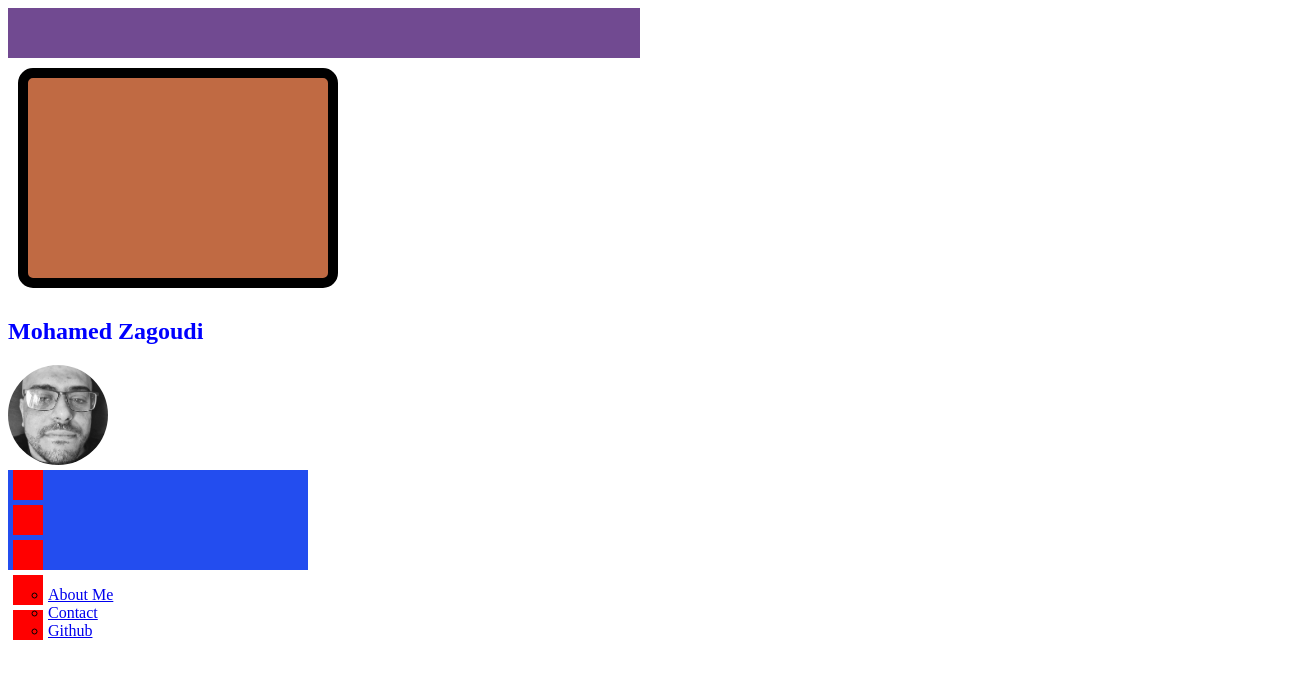
Repository: Mohzagou/Eersteportofolio
Page: index.html
An editor plug-in stored every save of this project. The page is shown before and after the next save, followed by the edit.
The browser window is 1280 px wide. The page is 1280 px wide, then 1292 px, so the pictures cover 1292 px, including what lies to the right of the window. The pictures show the whole page.

Above is the page before, as saved 2022-06-07 19:49:06.

### index.html
<!DOCTYPE html>


<head>
    <link rel="stylesheet" href="styles.css" />
    <meta charset="UTF-8">

    <title>Document</title>
</head>

<body>

    <header></header>
    <div class="about-me"></div>
    <h2 id="name">Mohamed Zagoudi</h2>

    <img class="avatar" src="images/67gwzvy.jpeg" alt="Mohamed Zagoudi headshot " />
    <div>
        <section>
            <div class="test"></div>
            <div class="test"></div>
            <div class="test"></div>
            <div class="test"></div>
            <div class="test"></div>
        </section>
        <footer>
            <ul style="list-style-type: circle ">
                <li><a href=" ">About Me</a></li>
                <li><a href=" ">Contact</a></li>
                <li><a href="https://github.com/Mohzagou ">Github</a></li>

            </ul>

        </footer>



</body>



</html>

### styles.css
body {
    display: flex;
    flex-direction: column;
}

header {
    width: 50%;
    height: 50px;
    background-color: rgb(113, 74, 145);
}

section {
    width: 300px;
    height: 100px;
    background-color: #234def;
}

.about-me {
    width: 300px;
    height: 200px;
    background-color: rgb(177, 69, 21, 0.8);
    margin: 10px;
    border: solid black 10px;
    border-radius: 15px;
}

.avatar {
    width: 100px;
    border-radius: 50px;
}

#name {
    color: blue;
}

.test {
    width: 30px;
    height: 30px;
    background-color: red;
    margin: 5px;
}

After the next save:
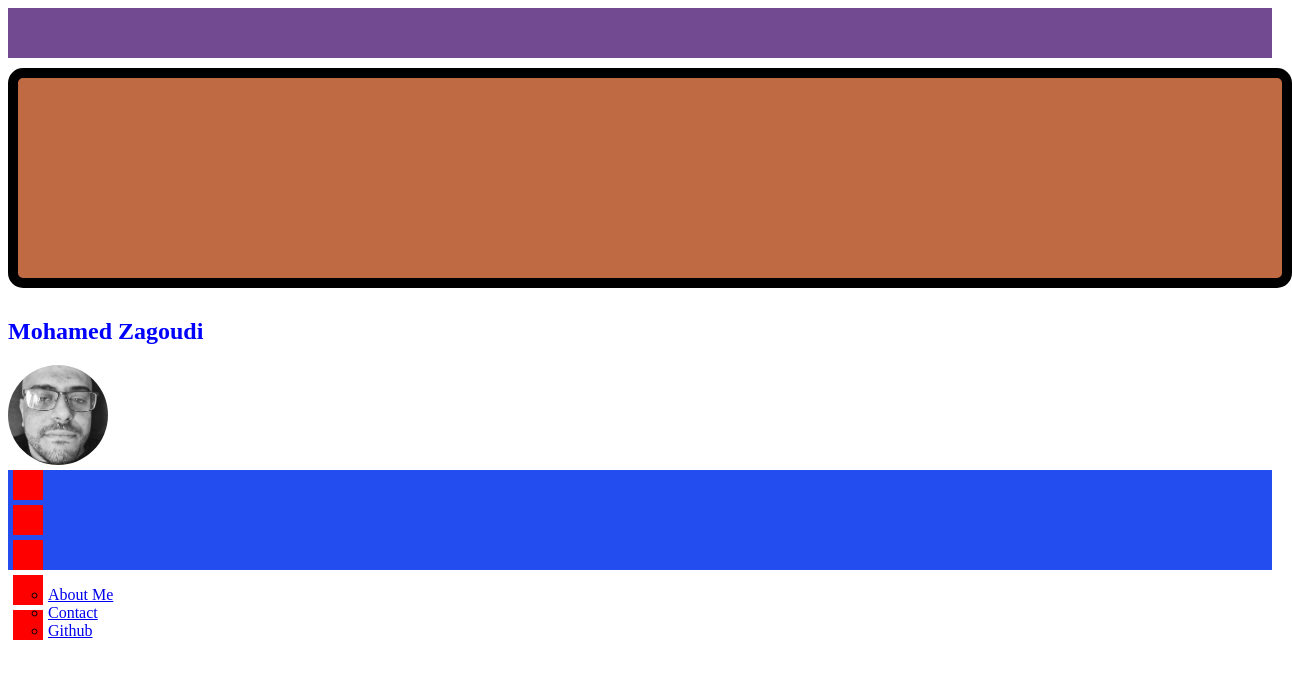
Saved 3 min 21 s later.
--- a/styles.css
+++ b/styles.css
@@ -4,22 +4,23 @@ body {
 }
 
 header {
-    width: 50%;
+    width: 100%;
     height: 50px;
     background-color: rgb(113, 74, 145);
 }
 
 section {
-    width: 300px;
+    width: 100%;
     height: 100px;
     background-color: #234def;
 }
 
 .about-me {
-    width: 300px;
+    width: 100%;
     height: 200px;
     background-color: rgb(177, 69, 21, 0.8);
-    margin: 10px;
+    margin-top: 10px;
+    margin-bottom: 10px;
     border: solid black 10px;
     border-radius: 15px;
 }
